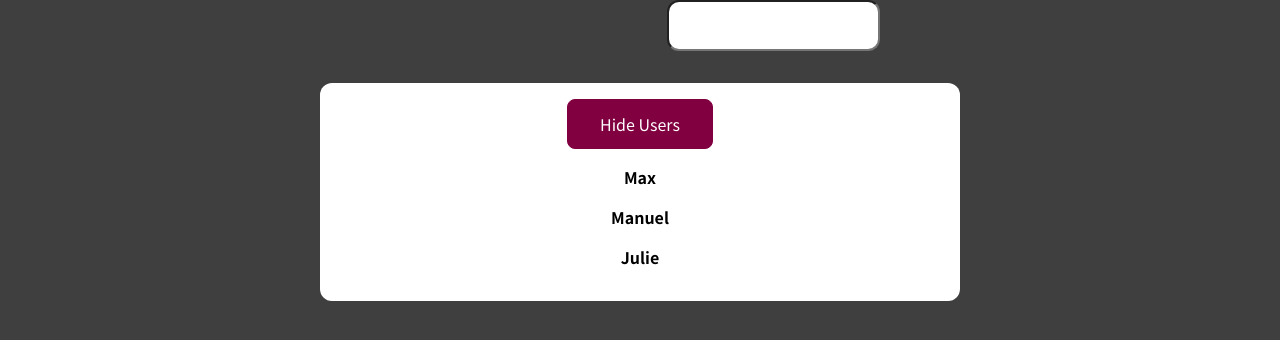
Repository: prathmeshgodbole/React-Class-Based
Page: /
These files come from the project's save history. The page is drawn as it stood at one moment and after the next save; the edit follows.
The browser window is 1280 px wide. The pictures show the whole page.
The project was rebuilt for these pictures with package versions that can differ from the ones it lists, and the page was loaded fresh each time.

Above is the page before, as saved 2021-07-15 16:02:54.

After the next save:
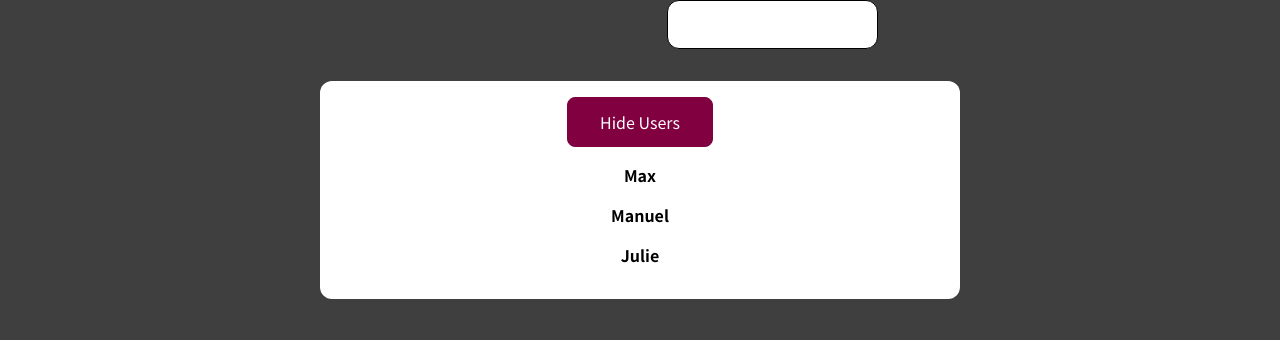
Saved 8 s later.
--- a/src/components/UserFinder.module.css
+++ b/src/components/UserFinder.module.css
@@ -5,5 +5,6 @@
     padding: 1rem;
     border-radius: 12px;
     max-width: 40rem;
-    border: text-align: center;
+    border: 1px solid black;
+    text-align: center;
 }
